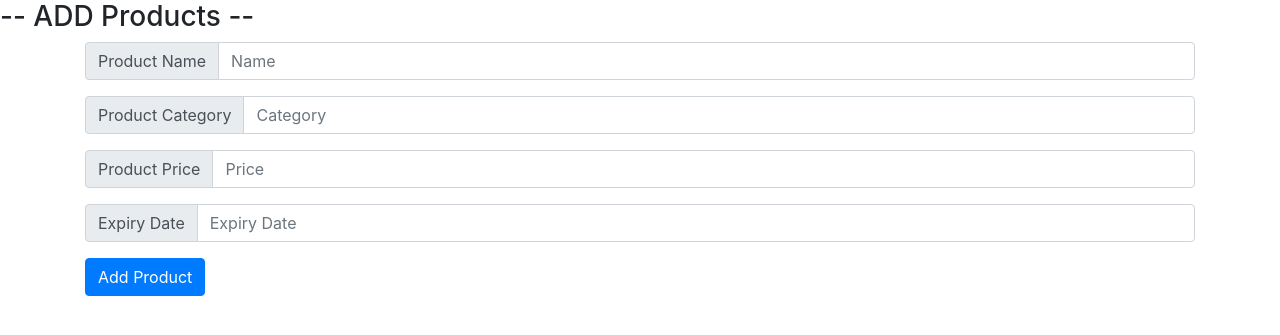
Repository: anikshaShetty/spring-boot
Page: Desktop/test1/springbootemp/src/main/resources/static/view.html
An editor plug-in stored every save of this project. The page is shown before and after the next save, followed by the edit.
The browser window is 1280 px wide. The pictures show the whole page.

Above is the page before, as saved 2020-02-15 08:55:36.

After the next save:
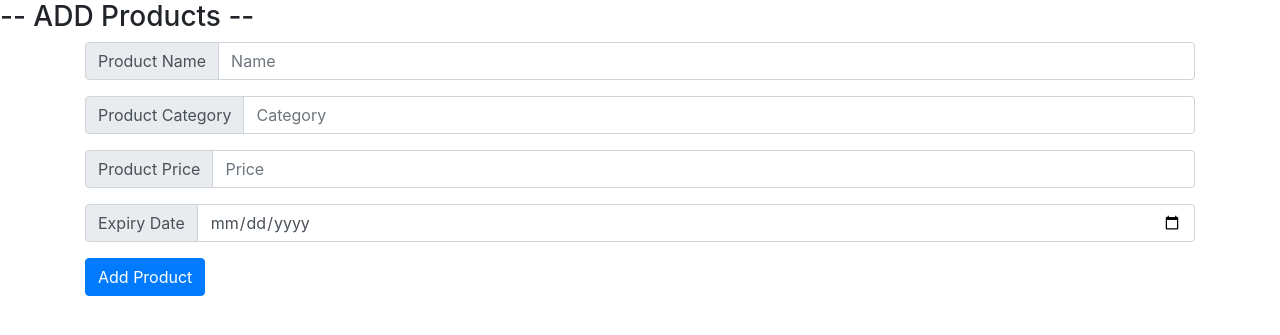
Saved 99 s later.
--- a/Desktop/test1/springbootemp/src/main/resources/static/view.html
+++ b/Desktop/test1/springbootemp/src/main/resources/static/view.html
@@ -39,7 +39,7 @@
             <div class="input-group-prepend">
                 <span class="input-group-text" id="basic-addon1">Expiry Date</span>
             </div>
-            <input id="date" type="text" class="form-control" placeholder="Expiry Date" aria-label="Username"
+            <input id="date" type="date" class="form-control" placeholder="Expiry Date" aria-label="Username"
                 aria-describedby="basic-addon1">
         </div>
 
